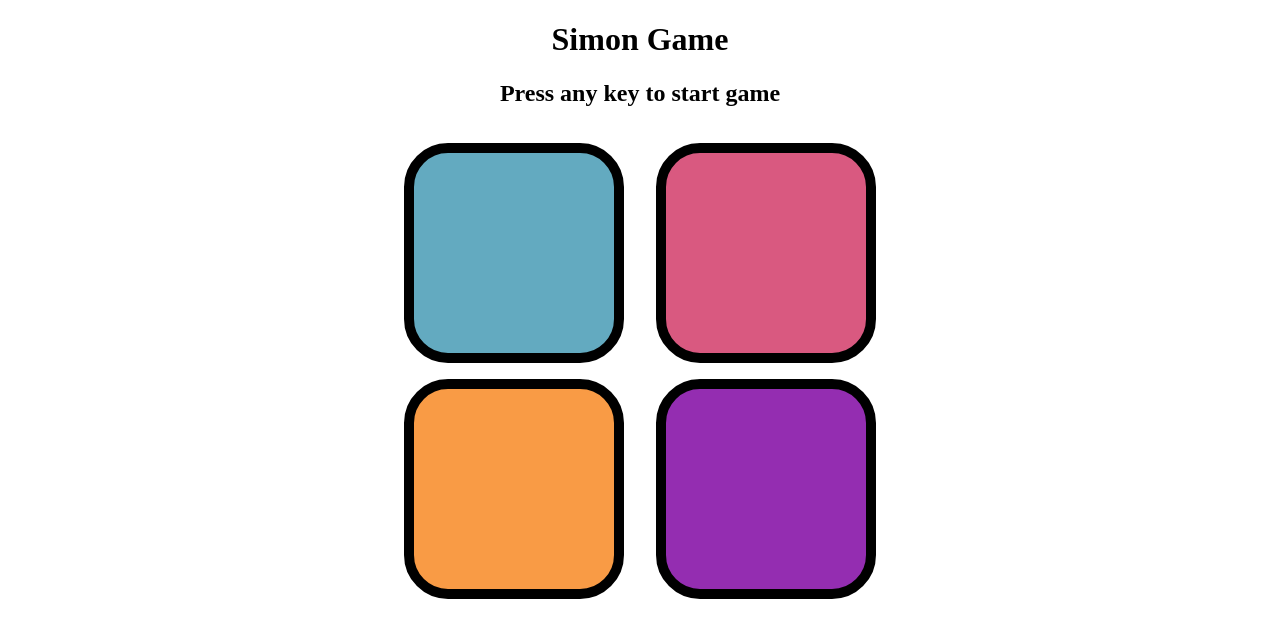
Repository: Ruchii02/javascript-mini-project
Page: index.html
An editor plug-in stored every save of this project. The page is shown before and after the next save, followed by the edit.
The browser window is 1280 px wide. The pictures show the whole page.
After loading, the first visible `#green` was clicked once.

Above is the page before, as saved 2024-07-02 11:19:41.

### index.html
<!DOCTYPE html>
<html lang="en">
<head>
    <meta charset="UTF-8">
    <meta name="viewport" content="width=device-width, initial-scale=1.0">
    <title>Document</title>
    <link rel="stylesheet" href="style.css">
</head>
<body>
   <h1>Simon Game</h1>
   <h2>Press any key to start game</h2>
   <div class="btn-container">
    <div class="fline">
        <div class="btn green" type="button" id="green"></div>
        <div class="btn yellow" type="button" id="yellow"></div>
    </div>
    <div class="sline">
        <div class="btn red" type="button" id="red"></div>
        <div class="btn blue" type="button" id="blue"></div>
    </div>
   </div>
   <script src="app.js"></script>
</body>
</html>

### style.css
body{
    text-align: center;
    background-color:gray;
}
.btn{
    height: 200px;
    width: 200px;
    border-radius: 20%;
    border: 10px solid black;
    margin: 1rem;

}
.btn-container{
    display: flex;
    justify-content: center;

}
.yellow{
    background-color:#f99b45;
}
.red{
    background-color:#d95980;
}
.green{
    background-color:#63aac0;
}
.blue{
    background-color:#942db1;
}
.flash{
    background-color: white;
}
.userFlash{
    background-color: rgb(107, 209, 107);
}

### app.js
let gameSeq=[];
let userSeq=[];
 let start = false;
 let level=0;
let btns =["yellow","green","red" , "blue"];
let h2= document.querySelector("h2");

 document.addEventListener("keypress" , function(){
   if(start==false){
    console.log("game started");
    start = true;

     levelup();
   }
 });

 function btnFlash(btn){
    btn.classList.add("flash");
    //let f = document.querySelector(".flash");
    //f.background-color(white);
    setTimeout(function() {
      btn.classList.remove("flash");

    } , 250);
 }
 function userFlash(btn){
  btn.classList.add("userFlash");
  setTimeout(function() {
    btn.classList.remove("userFlash");

  } , 250);
}

 function levelup(){
  userSeq = [];
    level++;
    h2.innerText=`Level ${level}`;
     let ranInd = Math.floor(Math.random()*3);
     let ranCol= btns[ranInd];
     let ranBtn = document.querySelector(`.${ranCol}`);
     gameSeq.push(ranCol);
     btnFlash(ranBtn);
    }

    function checkAns( idx ){
      if(userSeq[idx] === gameSeq[idx]){
       if(userSeq.length == gameSeq.length){
       setTimeout(levelup,1000);
       }
      }else{
        h2.innerHtml = `Game Over!<br> Your score was :<b> ${level}</b> <br>Press any key to start`;
        document.querySelector("body").style.backgroundColor = "red";
        setTimeout(function(){
          document.querySelector("body").style.backgroundColor = "white";
        } , 150)
        reset()
      }


    }

    function btnPress (){
      let btn = this;
      userFlash(btn);
      //console.log("btn was pressed");

      userColor = btn.getAttribute("id");
      userSeq.push(userColor);

      checkAns(userSeq.length-1);

    }

    let allBtns = document.querySelectorAll(".btn");
    for(btn of allBtns){
      btn.addEventListener("click" , btnPress);
    }

    function reset(){
      start = false ;
      gameSeq = [];
      userSeq = [];
      level = 0;
    }

After the next save:
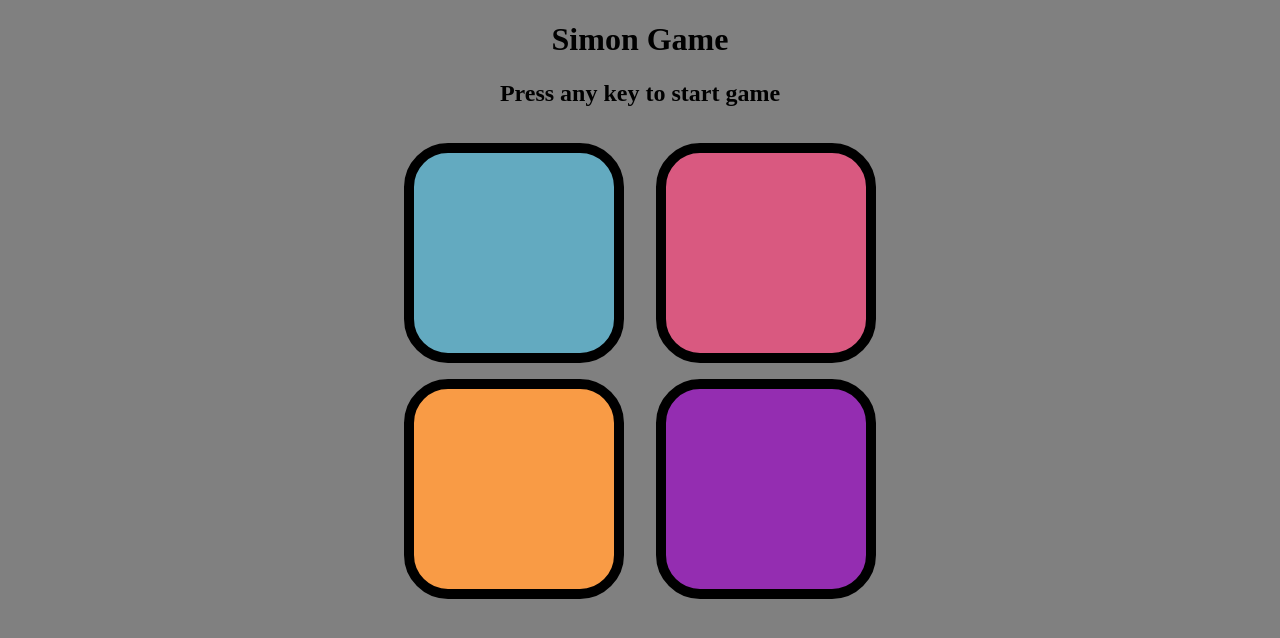
Saved 73 s later.
--- a/app.js
+++ b/app.js
@@ -51,7 +51,7 @@
         h2.innerHtml = `Game Over!<br> Your score was :<b> ${level}</b> <br>Press any key to start`;
         document.querySelector("body").style.backgroundColor = "red";
         setTimeout(function(){
-          document.querySelector("body").style.backgroundColor = "white";
+          document.querySelector("body").style.backgroundColor = "gray";
         } , 150)
         reset()
       }
